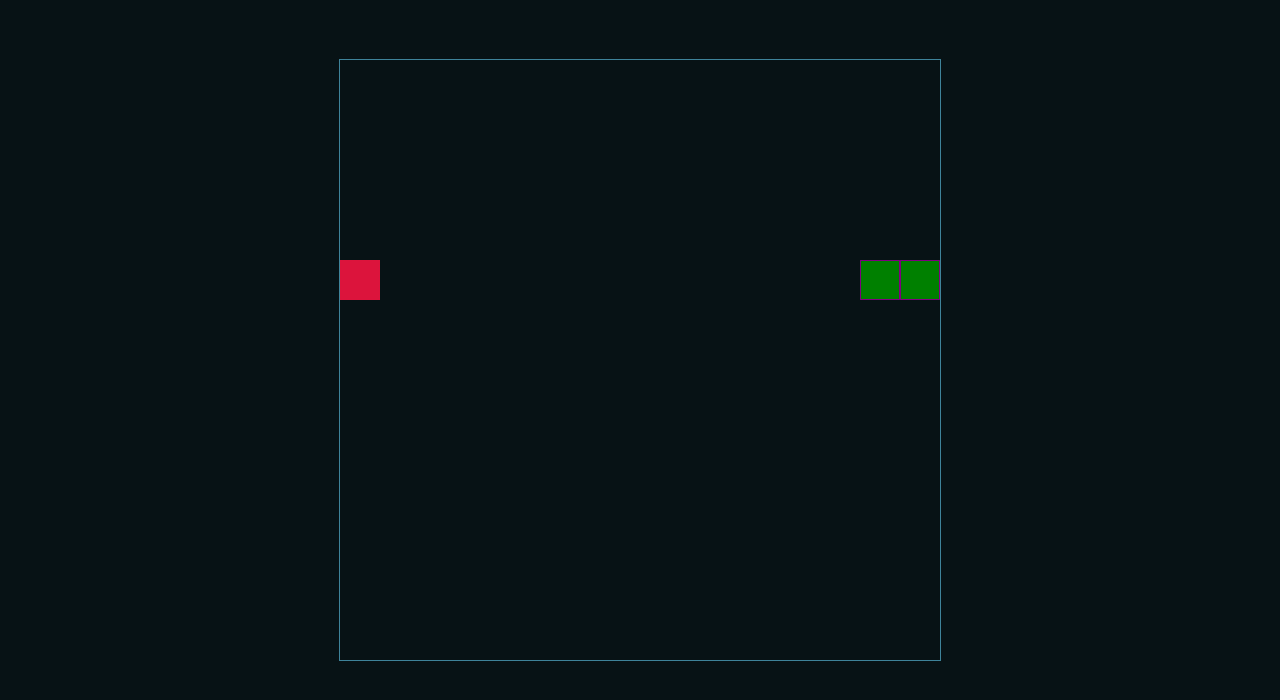
Repository: rehans-Life/linkedlist-snake-game
Page: /
The author's editor kept a copy of each file at every save. The page is drawn from the files as they stood at one save, then again after a run of saves.
The browser window is 1280 px wide. The pictures show the whole page.
The project was rebuilt for these pictures with package versions that can differ from the ones it lists, and the page was loaded fresh each time. The framework's server and built-in components were replaced by stand-ins that run in the browser. Also part of the build but not shown: next.config.js.

Above is the page before, as saved 2023-04-15 23:25:58.

### pages/index.js
import Head from "next/head";
import styles from "../styles/Home.module.css";
import Board from "../components/Board";

export default function Home() {
  return (
    <div className={styles.container}>
      <Head>
        <title>Linked List Snake Game</title>
        <meta name="description" content="linked list snake game" />
        <link rel="icon" href="/favicon.ico" />
      </Head>
      <Board />
    </div>
  );
}

### styles/globals.css
html,
body {
  padding: 0;
  margin: 0;
  font-family: -apple-system, BlinkMacSystemFont, Segoe UI, Roboto, Oxygen,
    Ubuntu, Cantarell, Fira Sans, Droid Sans, Helvetica Neue, sans-serif;
}

a {
  color: inherit;
  text-decoration: none;
}

* {
  box-sizing: border-box;
}

button {
  margin: 0;
  padding: 0;
}

### styles/Home.module.css
.container {
  background-color: rgb(7, 18, 21);
  height: 100vh;
  display: flex;
  align-items: center;
  justify-content: center;
}

.board {
  border: 1px solid rgb(62, 131, 154);
}

.row {
  display: flex;
  align-items: center;
  justify-content: center;
}

.cell {
  width: 40px;
  height: 40px;
}

.snake_cell {
  background-color: green;
  border: 1px solid purple;
}

.food_cell {
  background-color: crimson;
}

.reverse_cell {
  background-color: purple;
}

### components/Board.jsx
/* eslint-disable react-hooks/exhaustive-deps */
import React, { useEffect, useState } from "react";
import styles from "../styles/Home.module.css";
import { createBoard, randomIntInIntervel } from "../utils";

const BOARD_SIZE = 10;

// A Class to represent each node of the linked list
class Node {
  constructor(value, row, col) {
    this.value = value;
    this.row = row;
    this.col = col;
    this.next = null;
  }
}

// A class to represent the singly linked list
class SinglyLinkedList {
  constructor(head) {
    let node = new Node(head.value, head.row, head.col);
    this.head = node;
    this.tail = node;
  }
}

const Direction = {
  UP: "UP",
  RIGHT: "RIGHT",
  DOWN: "DOWN",
  LEFT: "LEFT",
};

export default function Board() {
  const [board, setBoard] = useState(createBoard(15));

  // A set to store the values of all snake cells intially our snake will be of size
  // one cell and start from the 44th cells.
  const [snakeCells, setSnakeCells] = useState(new Set([80]));

  // A linked list for our snake initally going to have only one node which
  // is at cell 44.
  const [linkedlist, setLinkedList] = useState(
    new SinglyLinkedList({ value: 80, row: 5, col: 4 })
  );

  const [foodCell, setFoodCell] = useState(85);
  const [direction, setDirection] = useState(Direction.RIGHT);

  const [reverseLinkedList, setReverseLinkedList] = useState(false);

  useEffect(() => {
    window.addEventListener("keydown", (e) => {
      handleKeyDown(e.key);
    });
    let gameStartInternal = setInterval(() => {
      setLinkedList((currLinkedList) => moveLinkedList(currLinkedList));
    }, 250);
    return () => {
      clearInterval(gameStartInternal);
    };
  }, [direction, foodCell, snakeCells]);

  useEffect(() => {
    setSnakeCells((currSnakeCells) => moveSnakeCells(currSnakeCells));
  }, [linkedlist]);

  function handleKeyDown(key) {
    const direction = getDirectionFromKey(key);
    if (direction === "") return;
    setDirection(direction);
  }

  const getDirectionFromKey = (key) => {
    if (key === "ArrowUp") return Direction.UP;
    if (key === "ArrowRight") return Direction.RIGHT;
    if (key === "ArrowDown") return Direction.DOWN;
    if (key === "ArrowLeft") return Direction.LEFT;
    return "";
  };

  function moveLinkedList(originalLinkedlist) {
    let linkedList = copyLinkedList(originalLinkedlist);
    let currHead = linkedList.head;
    let newHead = createNewNodeInDirection(board, currHead);

    if (!newHead) {
      setFoodCell(85);
      setDirection(Direction.RIGHT);
      return new SinglyLinkedList({ value: 80, row: 5, col: 4 });
    }

    currHead.next = newHead;
    if (newHead.value === foodCell) {
      if (reverseLinkedList) {
        var reverseLinkedList = createReverseLinkedList(linkedList);
        return reverseLinkedList;
      } else {
        let growthCell = createNewNodeForGrowth(board, linkedList.tail);
        let temp = linkedList.tail;
        linkedList.tail = growthCell;
        linkedList.tail.next = temp;
      }

      while (true) {
        let newFoodCell = randomIntInIntervel(1, board[14][14]);
        if (!snakeCells.has(newFoodCell)) {
          setReverseLinkedList(Math.random() < 0.3);
          setFoodCell(newFoodCell);
          break;
        }
      }
    }
    return { head: newHead, tail: linkedList.tail.next };
  }

  function createReverseLinkedList(linkedList) {
    let tail = linkedList.tail;
    let curr = null;
    let prev = tail;

    while (prev) {
      temp = prev.next;
      prev.next = curr;
      curr = prev;
      prev = temp;
    }

    return { head: tail, tail: curr };
  }

  function createNewNodeForGrowth(board, currTail) {
    let newTail;
    if (direction === "LEFT")
      newTail = new Node(
        board[currTail.row][currTail.col + 1],
        currTail.row,
        currTail.col + 1
      );
    else if (direction === "RIGHT")
      newTail = new Node(
        board[currTail.row][currTail.col - 1],
        currTail.row,
        currTail.col - 1
      );
    else if (direction === "DOWN") {
      if (currTail.row - 1 < 0) {
        newTail = new Node(
          board[currTail.row + 1][currTail.col],
          currTail.row + 1,
          currTail.col
        );
      } else {
        newTail = new Node(
          board[currTail.row - 1][currTail.col],
          currTail.row - 1,
          currTail.col
        );
      }
    } else if (direction === "UP") {
      if (currTail.row + 1 >= 15) {
        newTail = new Node(
          board[currTail.row - 1][currTail.col],
          currTail.row - 1,
          currTail.col
        );
      } else {
        newTail = new Node(
          board[currTail.row + 1][currTail.col],
          currTail.row + 1,
          currTail.col
        );
      }
    }

    return newTail;
  }

  function createNewNodeInDirection(board, currHead) {
    let newHead = false;
    if (
      direction === "LEFT" &&
      currHead.col - 1 >= 0 &&
      !snakeCells.has(board[currHead.row][currHead.col - 1])
    )
      newHead = new Node(
        board[currHead.row][currHead.col - 1],
        currHead.row,
        currHead.col - 1
      );
    else if (
      direction === "RIGHT" &&
      currHead.col + 1 < 15 &&
      !snakeCells.has(board[currHead.row][currHead.col + 1])
    )
      newHead = new Node(
        board[currHead.row][currHead.col + 1],
        currHead.row,
        currHead.col + 1
      );
    else if (
      direction === "DOWN" &&
      currHead.row + 1 < 15 &&
      !snakeCells.has(board[currHead.row + 1][currHead.col])
    )
      newHead = new Node(
        board[currHead.row + 1][currHead.col],
        currHead.row + 1,
        currHead.col
      );
    else if (
      direction === "UP" &&
      currHead.row - 1 >= 0 &&
      !snakeCells.has(board[currHead.row - 1][currHead.col])
    )
      newHead = new Node(
        board[currHead.row - 1][currHead.col],
        currHead.row - 1,
        currHead.col
      );
    return newHead;
  }

  function copyLinkedList(linkedList) {
    let node = linkedList.tail;
    let newNode = new Node(node.value, node.row, node.col);
    let newTail = newNode;
    while (node.next) {
      let next = node.next;
      let newNext = new Node(next.value, next.row, next.col);
      node = next;
      newNode.next = newNext;
      newNode = newNext;
    }
    return {
      head: newNode,
      tail: newTail,
    };
  }

  function moveSnakeCells() {
    let movedSnake = [];
    let node = linkedlist.tail;

    while (node) {
      movedSnake.push(node.value);
      node = node.next;
    }
    movedSnake.reverse();
    return new Set(movedSnake);
  }

  return (
    <div className={styles.board}>
      {board.map((row, i) => (
        <div key={i} className={styles.row}>
          {row.map((value, j) => (
            <div
              key={j}
              className={`${styles.cell} ${
                snakeCells.has(value)
                  ? styles.snake_cell
                  : reverseLinkedList && value === foodCell
                  ? styles.reverse_cell
                  : value === foodCell
                  ? styles.food_cell
                  : ""
              }`}
            ></div>
          ))}
        </div>
      ))}
    </div>
  );
}

### utils.js
export const randomIntInIntervel = (max, min) => {
  return Math.floor(Math.random() * (max - min + 1)) + min;
};

export const createBoard = (board_size) => {
  // All the cells which have a certain value assigned to them
  let board = [];
  let counter = 1;
  for (let i = 0; i < board_size; i++) {
    let row = [];
    for (let j = 0; j < board_size; j++) row.push(counter++);
    board.push(row);
  }
  return board;
};

Loaded but not shown: pages/_app.js (common file)

After the next 3 saves:
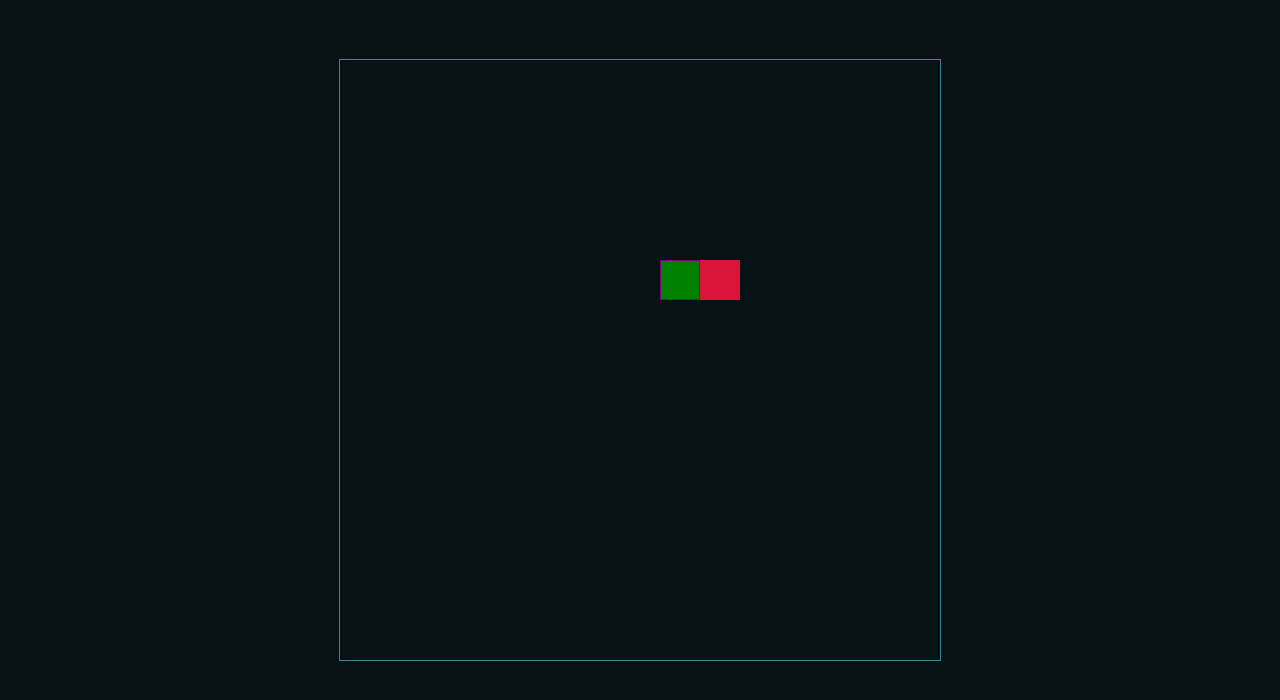
The 3 saves are shown as one change because 2 did not build or start.
The last was saved 2 min 12 s later.
--- a/components/Board.jsx
+++ b/components/Board.jsx
@@ -93,7 +93,15 @@ export default function Board() {
     currHead.next = newHead;
     if (newHead.value === foodCell) {
       if (reverseLinkedList) {
-        var reverseLinkedList = createReverseLinkedList(linkedList);
+        let reverseLinkedList = createReverseLinkedList(linkedList);
+        while (true) {
+          let newFoodCell = randomIntInIntervel(1, board[14][14]);
+          if (!snakeCells.has(newFoodCell)) {
+            setReverseLinkedList(Math.random() < 0.3);
+            setFoodCell(newFoodCell);
+            break;
+          }
+        }
         return reverseLinkedList;
       } else {
         let growthCell = createNewNodeForGrowth(board, linkedList.tail);
@@ -120,7 +128,7 @@ export default function Board() {
     let prev = tail;
 
     while (prev) {
-      temp = prev.next;
+      let temp = prev.next;
       prev.next = curr;
       curr = prev;
       prev = temp;
